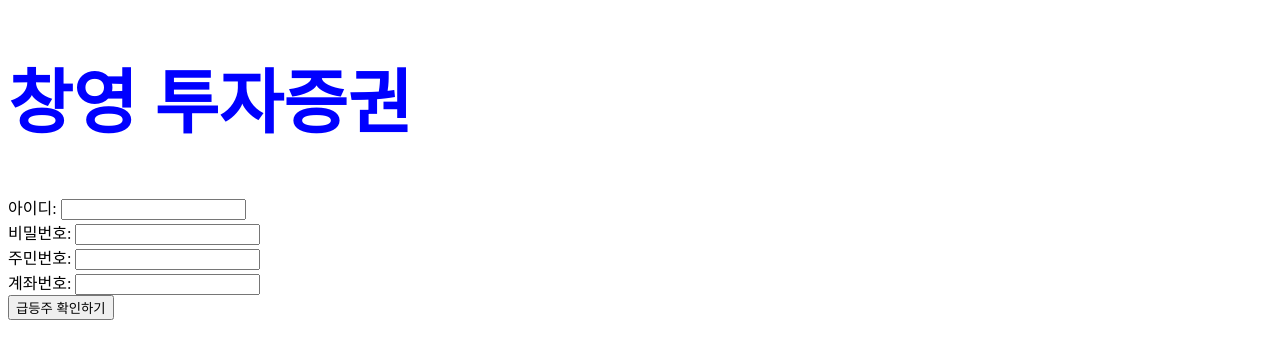
Repository: keeka2/webPractice
Page: MyStudy/HTML_Study/work/0821/WebContent/ex8_form.html
These files come from the project's save history. The page is drawn as it stood at one moment and after the next save; the edit follows.
The browser window is 1280 px wide. The pictures show the whole page.

Above is the page before, as saved 2020-08-21 08:10:11.

### MyStudy/HTML_Study/work/0821/WebContent/ex8_form.html
<!DOCTYPE html>
<html>
<head>
<meta charset="UTF-8">
<title>Insert title here</title>
<style>
	header>h1{
		font-size: 70px;
		color: #0000FF;
	}

</style>
</head>
<body>
	<header>
		<h1>창영 투자증권</h1>
	</header>
	<label for="s_id">아이디: </label>
	<input type="text" id="s_id" name="id"/><br/>
	<label for="s_pw">비밀번호: </label>
	<input type="text" id="s_pw" name="pw"/><br/>
	<label for="s_num">주민번호: </label>
	<input type="text" id="s_num" name="num"/><br/>
	<label for="s_account">계좌번호: </label>
	<input type="text" id="s_account" name="account"/><br/>
	<input type="button" value="급등주 확인하기" onclick="test()"/>

</body>
<script>
	function test(){
		alert("꺼억^ㅗ^");
	}
</script>
</html>

After the next save:
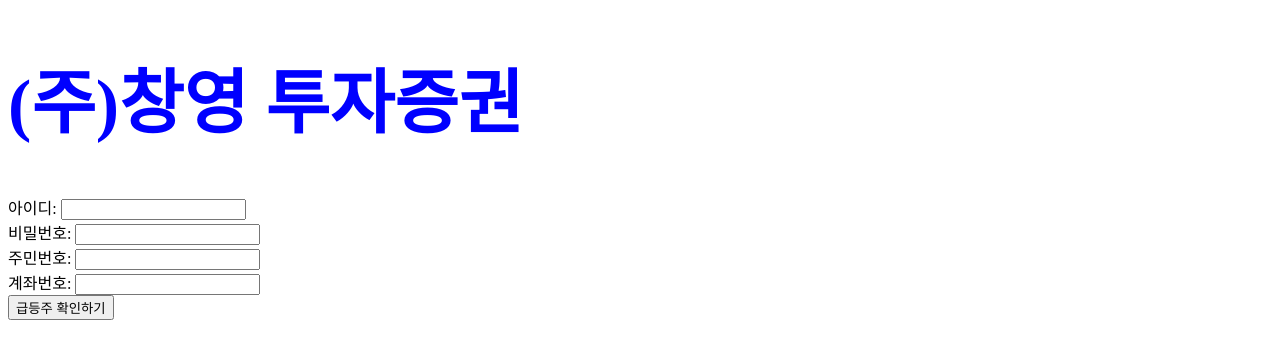
Saved 45 s later.
--- a/MyStudy/HTML_Study/work/0821/WebContent/ex8_form.html
+++ b/MyStudy/HTML_Study/work/0821/WebContent/ex8_form.html
@@ -13,7 +13,7 @@
 </head>
 <body>
 	<header>
-		<h1>창영 투자증권</h1>
+		<h1>(주)창영 투자증권</h1>
 	</header>
 	<label for="s_id">아이디: </label>
 	<input type="text" id="s_id" name="id"/><br/>
